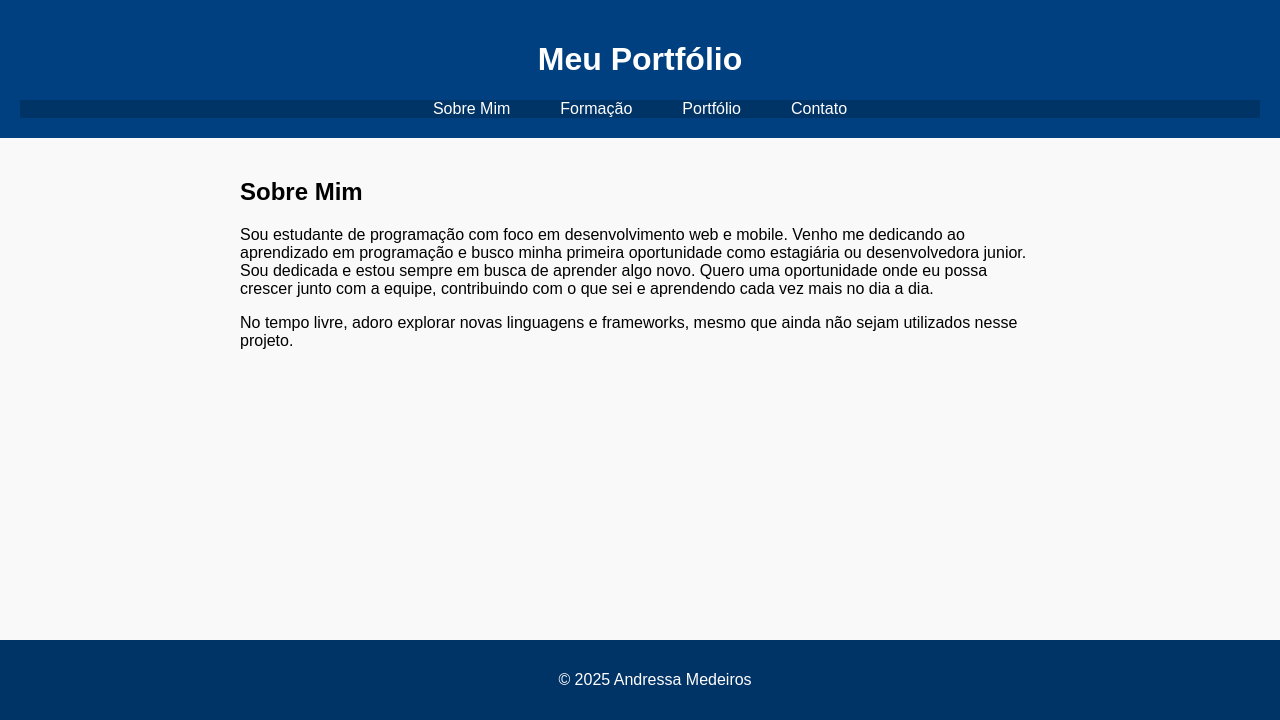
Repository: andressasmedeiros/exercicio-site-basico
Page: index.html
An editor plug-in stored every save of this project. The page is shown before and after the next save, followed by the edit.
The browser window is 1280 px wide. The pictures show the whole page.

Above is the page before, as saved 2025-06-26 16:48:15.

### index.html
<!DOCTYPE html>
<html lang="pt-BR">
<head>
  <meta charset="UTF-8" />
  <meta name="viewport" content="width=device-width, initial-scale=1.0" />
  <title>Meu Portfólio</title>
  <link rel="stylesheet" href="./CSS/style.css" />
</head>
<body>
  <header>
    <h1>Meu Portfólio</h1>
    <nav>
      <ul>
        <li><a href="index.html">Sobre Mim</a></li>
        <li><a href="formacao.html">Formação</a></li>
        <li><a href="portfolio.html">Portfólio</a></li>
        <li><a href="contato.html">Contato</a></li>
      </ul>
    </nav>
  </header>

  <main>
    <section>
      <h2>Sobre Mim</h2>
      <p>Sou estudante de programação com foco em desenvolvimento web e mobile. Venho me dedicando ao aprendizado em programação
e busco minha primeira oportunidade como estagiária ou desenvolvedora junior. Sou dedicada e estou sempre em busca de
aprender algo novo. Quero uma oportunidade onde eu possa crescer junto com a equipe, contribuindo com o que sei e aprendendo
cada vez mais no dia a dia.
</p>
      <p>No tempo livre, adoro explorar novas linguagens e frameworks, mesmo que ainda não sejam utilizados nesse projeto.</p>
    </section>
  </main>

  <footer>
    <p>&copy; 2025 Andressa Medeiros</p>
  </footer>
</body>
</html>

### CSS/style.css
body {
  font-family: Arial, sans-serif;
  margin: 0;
  padding: 0;
  background: #f9f9f9;
}

header {
  background: #004080;
  color: white;
  padding: 20px;
  text-align: center;
}

nav ul {
  list-style: none;
  padding: 0;
  background: #003366;
  margin: 0;
  display: flex;
  justify-content: center;
}

nav ul li {
  margin: 0 15px;
}

nav ul li a {
  color: white;
  text-decoration: none;
  padding: 10px;
}

nav ul li a:hover {
  background: #0055aa;
  border-radius: 4px;
}

main {
  padding: 20px;
  max-width: 800px;
  margin: auto;
}

footer {
  background: #003366;
  color: white;
  text-align: center;
  padding: 15px;
  position: fixed;
  bottom: 0;
  width: 100%;
}

form input, form textarea {
  width: 100%;
  padding: 8px;
  margin-top: 5px;
  margin-bottom: 10px;
  border: 1px solid #ccc;
  border-radius: 4px;
}

button {
  background-color: #004080;
  color: white;
  border: none;
  padding: 10px 15px;
  cursor: pointer;
  border-radius: 4px;
}

button:hover {
  background-color: #0066cc;
}

.portfolio-container {
  display: flex;
  gap: 20px; /* Espaço entre cards */
  flex-wrap: wrap; /* Para quebra em telas menores */
}

.card {
  background: white; /* Fundo branco */
  padding: 15px;
  border-radius: 8px;
  box-shadow: 0 0 8px rgba(0,0,0,0.1);
  flex: 1 1 320px; /* Largura mínima de 320px, flexível */
  max-width: 320px;
  display: flex;
  flex-direction: column;
  align-items: center;
}

.card video {
  width: 100%;  /* Vídeo ocupa toda a largura do card */
  height: auto; /* Altura automática para manter proporção */
  border-radius: 5px;
  margin-bottom: 10px;
}
    .card a {
      display: inline-block;
      margin-top: 10px;
      color: #004080;
      font-weight: bold;
      text-decoration: none;
    }

    .card a:hover {
      color: #0066cc;
    }

After the next save:
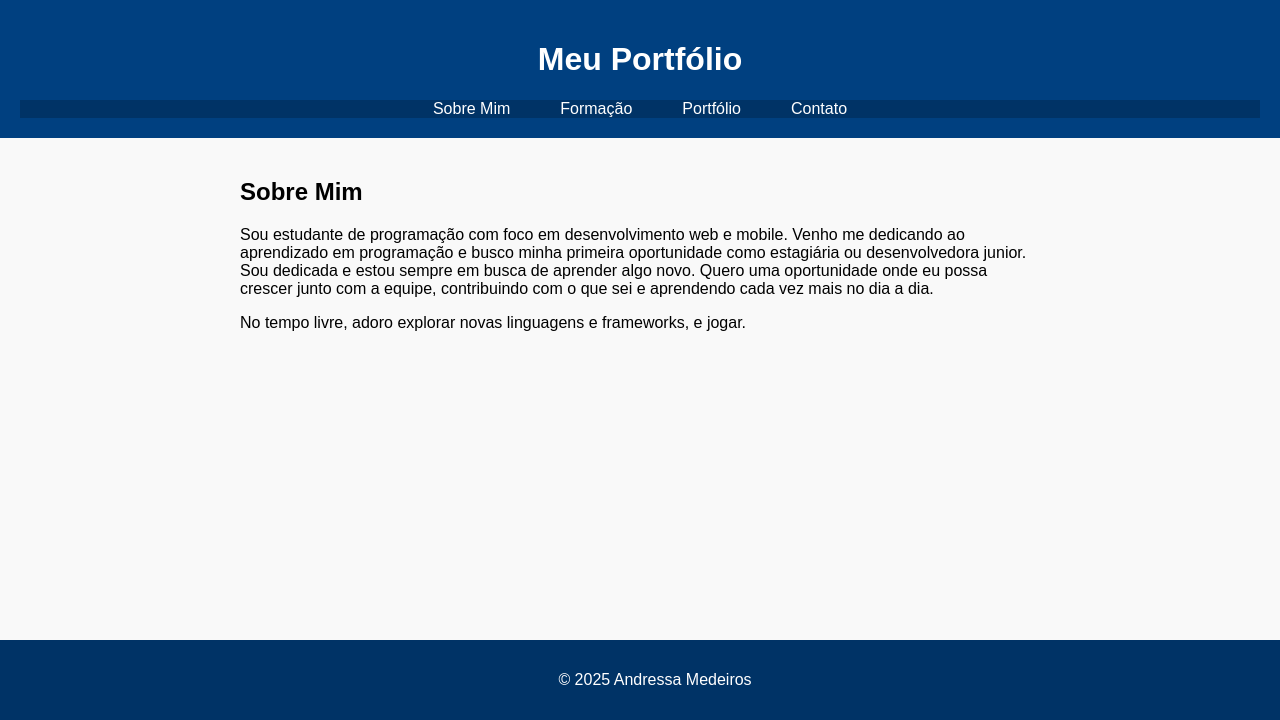
Saved 15 s later.
--- a/index.html
+++ b/index.html
@@ -27,7 +27,7 @@ e busco minha primeira oportunidade como estagiária ou desenvolvedora junior. S
 aprender algo novo. Quero uma oportunidade onde eu possa crescer junto com a equipe, contribuindo com o que sei e aprendendo
 cada vez mais no dia a dia.
 </p>
-      <p>No tempo livre, adoro explorar novas linguagens e frameworks, mesmo que ainda não sejam utilizados nesse projeto.</p>
+      <p>No tempo livre, adoro explorar novas linguagens e frameworks, e jogar.</p>
     </section>
   </main>
 
